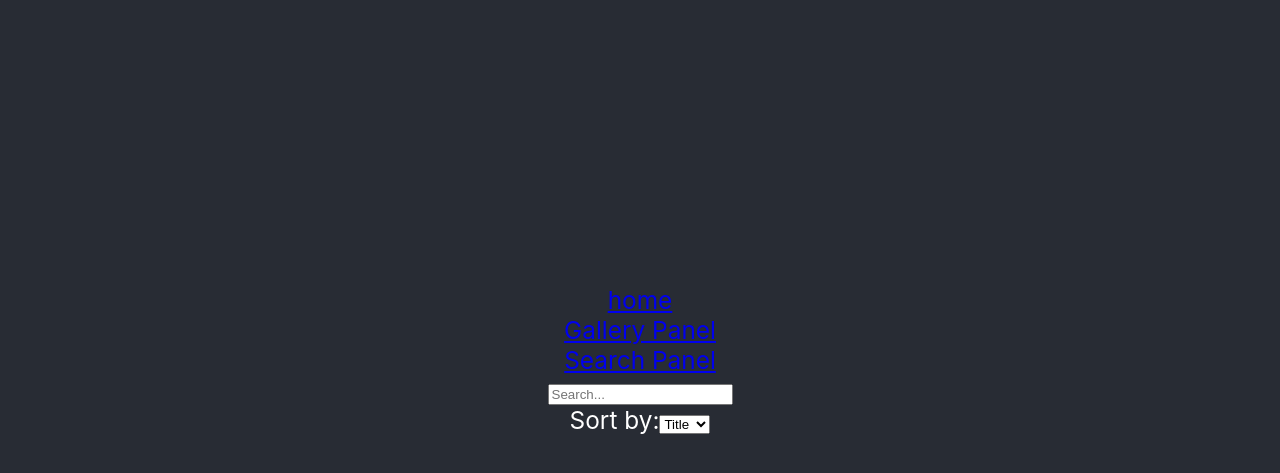
Repository: ZhengyuLi0929/ArtMuseum_ArtIC
Page: /list
The author's editor kept a copy of each file at every save. The page is drawn from the files as they stood at one save, then again after the next save.
The browser window is 1280 px wide. The pictures show the whole page.
The project was rebuilt for these pictures with package versions that can differ from the ones it lists, and the page was loaded fresh each time. Also part of the build but not shown: src/home.tsx, src/gallery.tsx.

Above is the page before, as saved 2023-01-11 01:20:41.

### src/App.tsx
import React from 'react';
//import logo from './logo.svg';
import './App.css';
import {
  BrowserRouter as Router,
  Route,
  Routes,
  Link} from "react-router-dom"

import HomeView from './home';
import GalleryView from './gallery';
import ListView from './list';

function App() {
  return (
    <Router>
    <div className="App">
      <header className="App-header">
        <Link to ="/"> home </Link>
        <Link to ="/gallery"> Gallery Panel </Link>
        <Link to ="/list"> Search Panel </Link>
          <Routes>
            <Route path = "/" element = {<HomeView></HomeView>}/>
            <Route path = "/gallery" element = {<GalleryView></GalleryView>}/>
            <Route path = "/list" element = {<ListView></ListView>}/>
          </Routes>
      </header>
    </div>
    </Router>
  );
}

export default App;

### src/list.tsx
import * as React from 'react';
import axios from 'axios';

interface Image {
  id: number;
  image_id: string;
  title: string;
  url: string;
  date_start: string;
//   _score: number;
}

interface State {
  searchTerm: string;
  searchResults: Image[];
  sortBy: 'title' | 'date_start';
}

const api = axios.create({ baseURL: 'https://api.artic.edu/api/v1/' });

class ListView extends React.Component<{}, State> {
  constructor(props: {}) {
    super(props);
    this.state = {
      searchTerm: '',
      searchResults: [],
      sortBy: 'title'
    };
  }

  handleSortChange = (event: React.ChangeEvent<HTMLSelectElement>) => {
    this.setState({ sortBy: event.target.value as 'title' | 'date_start' });
  }

  handleSearch = async (event: React.ChangeEvent<HTMLInputElement>) => {
    this.setState({searchTerm: event.target.value});

    try {
        const searchResponse = await api.get(`artworks/search?q=${this.state.searchTerm}&&fields=id,title,image_id&&limit=50`);
        const searchData = searchResponse.data.data;
        const searchResults = await Promise.all(searchData.map(async (image: Image) => {
          const artworkResponse = await api.get(`artworks/${image.id}`);
          const artworkData = artworkResponse.data;
          return {
            id: image.id,
            title: image.title,
            image_id: image.image_id,
            url: `http://www.artic.edu/iiif/2/${image.image_id}/full/843,/0/default.jpg`,
            date_start: artworkData.date_start
          }
        }));
        if (this.state.sortBy === 'title'){
            searchResults.sort((a, b) => (a.title > b.title) ? 1 : -1);
        }
        else if (this.state.sortBy === 'date_start'){
            searchResults.sort((a, b) => (a.date_start > b.date_start) ? 1 : -1);
        }
        this.setState({ searchResults });
      } catch (error) {
        console.log(error);
      }
    // make the api call
    // try {
    //     const response = await api.get(`artworks/search?q=${this.state.searchTerm}&&fields=id,title,image_id&&limit=50`);
    //     const tempResults = response.data.data.map((image: Image) => {
    //       return {
    //         id: image.id,
    //         title: image.title,
    //         url: `http://www.artic.edu/iiif/2/${image.image_id}/full/843,/0/default.jpg`
    //       }
    //     });
    //     this.setState({ searchResults: tempResults });
    // } catch (error) {
    //     console.log(error);
    // }
  }

  render() {
    return (
      <div>
        <input
          type="text"
          placeholder="Search..."
          value={this.state.searchTerm}
          onChange={this.handleSearch}
        />
        <div>
          <label>
            Sort by:
            <select value={this.state.sortBy} onChange={this.handleSortChange}>
              <option value="title">Title</option>
              <option value="date_start">Date</option>
            </select>
          </label>
        </div>
        <div>
          {this.state.searchResults.map((result, index) => (
            <div key={result.id}>
              <h2>{result.title}</h2>
              <img src={result.url} height = "200" alt={result.title}/>
              {this.state.sortBy === 'date_start' && <p>Date: {result.date_start}</p>}
            </div>
          ))}
        </div>
      </div>
    );
  }

}

export default ListView;



// export default function ListView(){
    // interface Image{
    //     id: number
    //     image_id: string
    //     title: string
    //     _score: number
    // }
    // const [imagesUrl, setImagesUrl] = useState<string[]>([]);
    // const [title, setTitle] = useState<string []>([]);

    // const api = axios.create({baseURL: 'https://api.artic.edu/api/v1/'})

    // api.get('artworks/search?q=monet&&fields=id,title,image_id&&limit=50')
    //     .then((res) => {
    //         const tempImage : string [] = []
    //         const tempTitle: string [] = []
    //         if (res.data) {
    //             res.data.data.map
    //             ((image: Image) =>{tempImage.push(`http://www.artic.edu/iiif/2/${image.image_id}/full/843,/0/default.jpg`)})
    //             res.data.data.map((image:Image) => {tempTitle.push(`${image.title}`)})
    //             setImagesUrl(tempImage)
    //             setTitle(tempTitle)
    //         }
    //     }
    //     )

//     return(
//         <div>
//             <div>
//                 Here is the Gallery Panel!
//             </div>
//             {
//                 imagesUrl.length ? imagesUrl.map(
//                     (url:string) => {
//                         return (
//                         <img src = {url} height = "200"></img>
//                         )
//                     }
//                 ) : <></>
//             }
//             {/* {
//                 title.length ? title.map(
//                     (name:string) => {
//                         return (
//                         <div>{name}</div>
//                         )
//                     }
//                 ) : <></>
//             } */}
//         </div>
//     )
// }

Loaded but not shown: public/index.html (common file); src/index.tsx (common file); src/index.css (common file); src/reportWebVitals.ts (common file); src/App.css (common file)

After the next save:
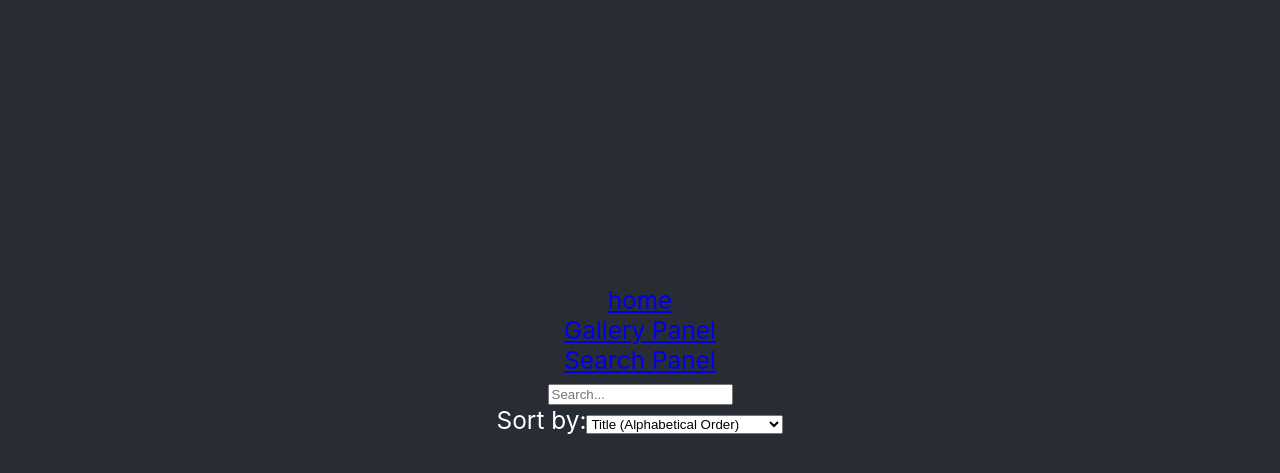
Saved 4 min 30 s later.
--- a/src/list.tsx
+++ b/src/list.tsx
@@ -6,14 +6,14 @@ interface Image {
   image_id: string;
   title: string;
   url: string;
-  date_start: string;
+//   date_start: string;
 //   _score: number;
 }
 
 interface State {
   searchTerm: string;
   searchResults: Image[];
-  sortBy: 'title' | 'date_start';
+  sortBy: 'title' | 'id';
 }
 
 const api = axios.create({ baseURL: 'https://api.artic.edu/api/v1/' });
@@ -29,7 +29,7 @@ class ListView extends React.Component<{}, State> {
   }
 
   handleSortChange = (event: React.ChangeEvent<HTMLSelectElement>) => {
-    this.setState({ sortBy: event.target.value as 'title' | 'date_start' });
+    this.setState({ sortBy: event.target.value as 'title' | 'id' });
   }
 
   handleSearch = async (event: React.ChangeEvent<HTMLInputElement>) => {
@@ -37,22 +37,19 @@ class ListView extends React.Component<{}, State> {
 
     try {
         const searchResponse = await api.get(`artworks/search?q=${this.state.searchTerm}&&fields=id,title,image_id&&limit=50`);
-        const searchData = searchResponse.data.data;
-        const searchResults = await Promise.all(searchData.map(async (image: Image) => {
-          const artworkResponse = await api.get(`artworks/${image.id}`);
-          const artworkData = artworkResponse.data;
+        const searchResults = searchResponse.data.data.map((image: Image) => {
           return {
             id: image.id,
             title: image.title,
             image_id: image.image_id,
             url: `http://www.artic.edu/iiif/2/${image.image_id}/full/843,/0/default.jpg`,
-            date_start: artworkData.date_start
+            // date_start: artworkData.date_start
           }
-        }));
+        });
         if (this.state.sortBy === 'title'){
             searchResults.sort((a, b) => (a.title > b.title) ? 1 : -1);
         }
-        else if (this.state.sortBy === 'date_start'){
+        else if (this.state.sortBy === 'id'){
             searchResults.sort((a, b) => (a.date_start > b.date_start) ? 1 : -1);
         }
         this.setState({ searchResults });
@@ -88,8 +85,8 @@ class ListView extends React.Component<{}, State> {
           <label>
             Sort by:
             <select value={this.state.sortBy} onChange={this.handleSortChange}>
-              <option value="title">Title</option>
-              <option value="date_start">Date</option>
+              <option value="title">Title (Alphabetical Order) </option>
+              <option value="date_start">Id (item ID assigned by ArtIC)</option>
             </select>
           </label>
         </div>
@@ -98,7 +95,7 @@ class ListView extends React.Component<{}, State> {
             <div key={result.id}>
               <h2>{result.title}</h2>
               <img src={result.url} height = "200" alt={result.title}/>
-              {this.state.sortBy === 'date_start' && <p>Date: {result.date_start}</p>}
+              {this.state.sortBy === 'id' && <p>ID: {result.id}</p>}
             </div>
           ))}
         </div>
